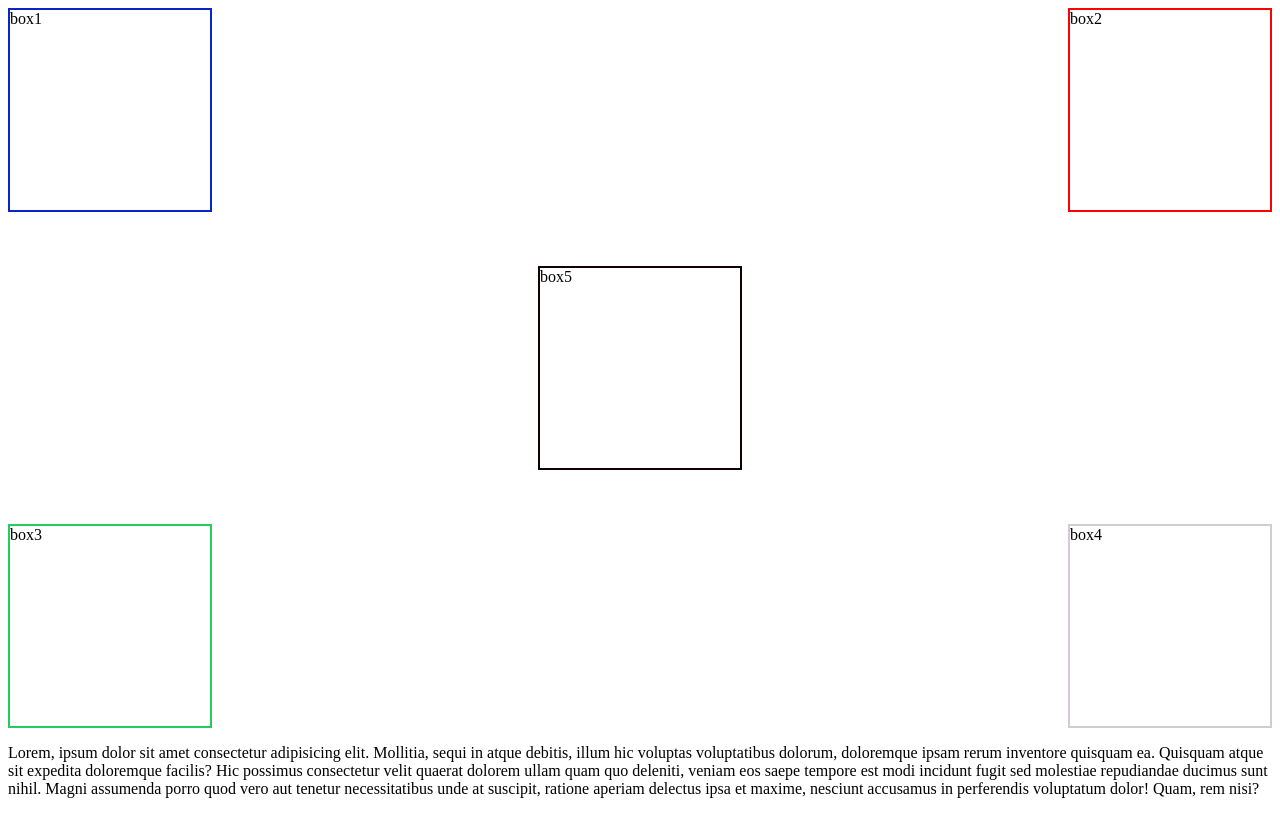
Repository: ABDUSALIMSUBAHIELBASHI/full-html-css-js
Page: Desktop/coding/css/index.html
These files come from the project's save history. The page is drawn as it stood at one moment and after the next save; the edit follows.
The browser window is 1280 px wide. The pictures show the whole page.

Above is the page before, as saved 2025-09-16 09:08:08.

After the next save:
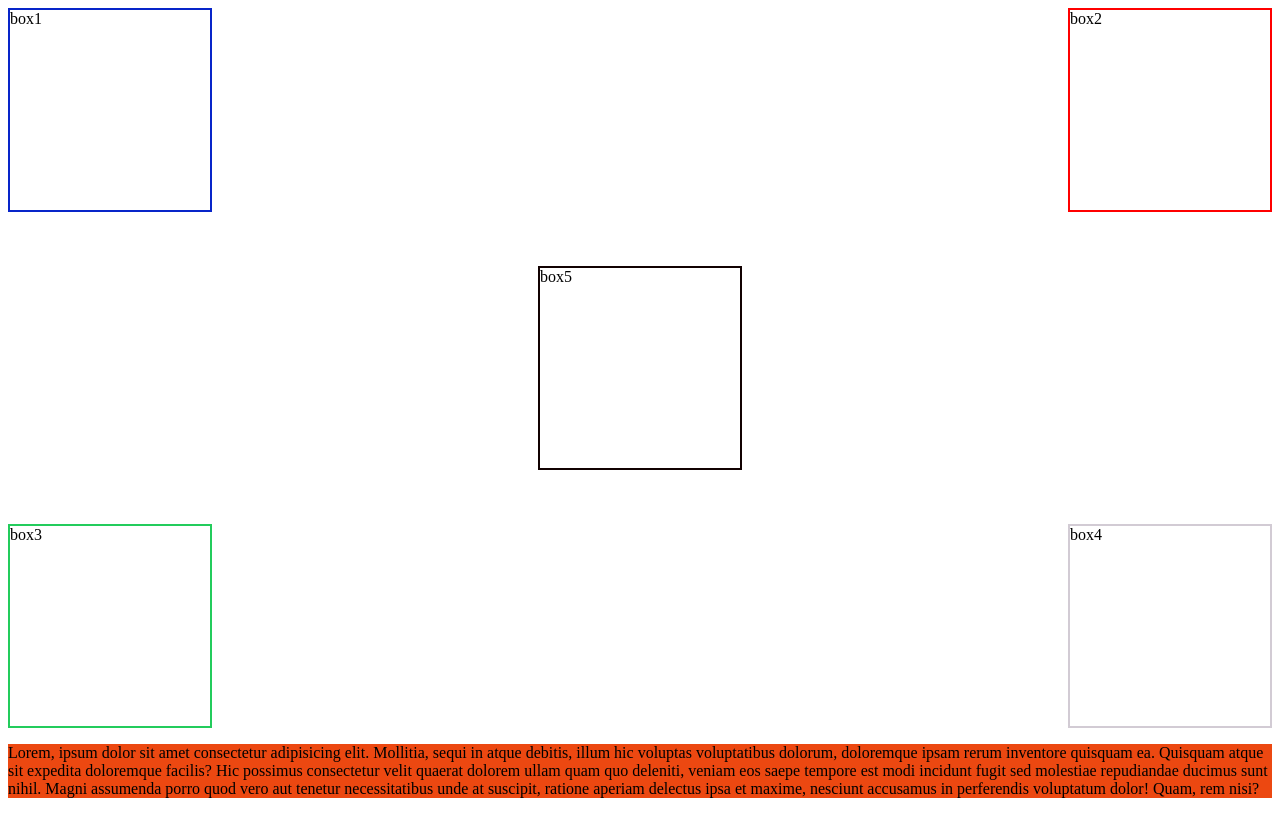
Saved 103 s later.
--- a/Desktop/coding/css/index.html
+++ b/Desktop/coding/css/index.html
@@ -68,7 +68,7 @@
         <div class="box4">box4</div>
         <div class="box5">box5</div>
     </div>
-    <p>Lorem, ipsum dolor sit amet consectetur adipisicing elit. Mollitia, sequi in atque debitis, illum hic voluptas
+    <p style="background-color: rgb(236, 72, 17);">Lorem, ipsum dolor sit amet consectetur adipisicing elit. Mollitia, sequi in atque debitis, illum hic voluptas
         voluptatibus dolorum, doloremque ipsam rerum inventore quisquam ea. Quisquam atque sit expedita doloremque
         facilis? Hic possimus consectetur velit quaerat dolorem ullam quam quo deleniti, veniam eos saepe tempore est
         modi incidunt fugit sed molestiae repudiandae ducimus sunt nihil. Magni assumenda porro quod vero aut tenetur
